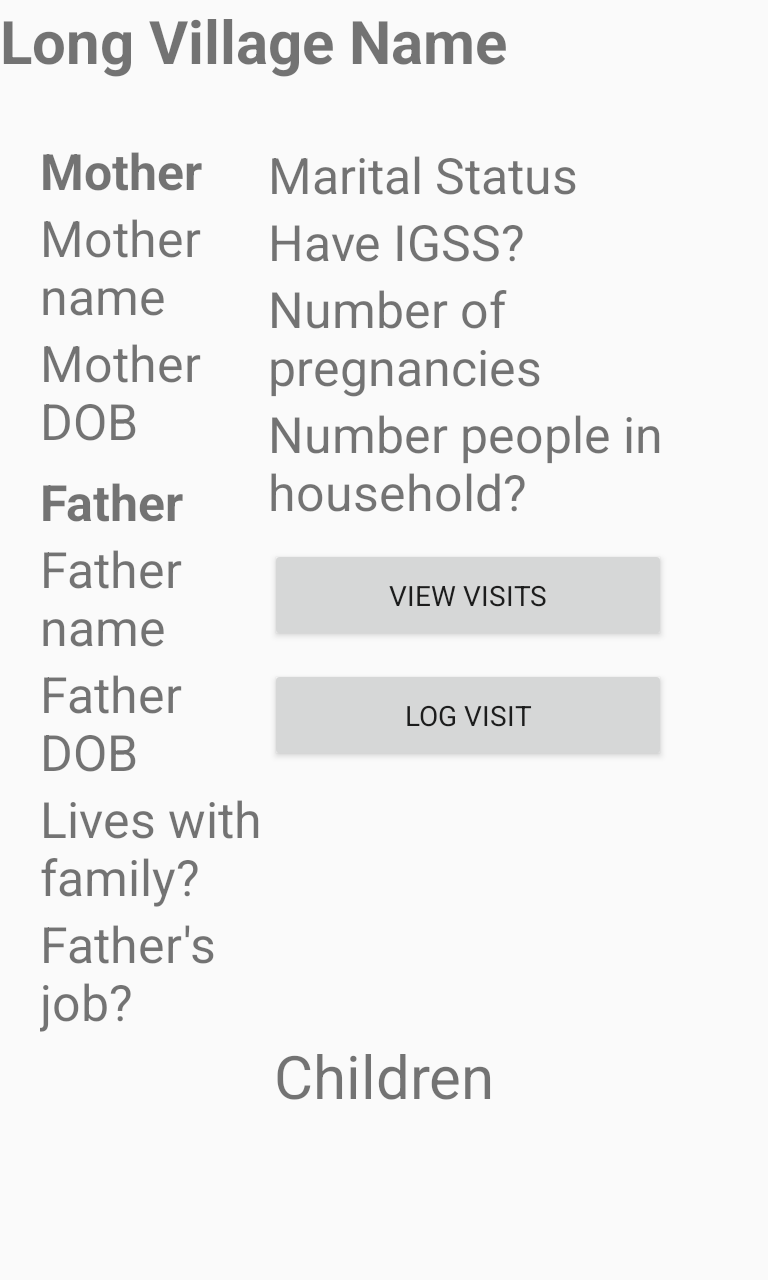
Repository: achavez812/GuatemalaProject2
Layout: GuateMedic-master/GuateMedic/res/layout/activity_view_family1.xml
These files come from the project's save history. The layout is drawn as it stood at one moment and after the next save; the edit follows.
It is drawn on a 768 x 1280 px phone screen (xhdpi) without system bars, with theme AppTheme; the app's code is not run.

Above is the layout before, as saved 2014-07-05 09:07:25.

### GuateMedic-master/GuateMedic/res/layout/activity_view_family1.xml
<?xml version="1.0" encoding="utf-8"?>
<LinearLayout xmlns:android="http://schemas.android.com/apk/res/android"
    android:layout_width="match_parent"
    android:layout_height="match_parent"
    android:orientation="vertical" >

 	<TextView
	    android:id="@+id/view_family_village_header"
		android:layout_width="wrap_content"
		android:layout_height="wrap_content"
		android:textStyle="bold"
		android:textSize="30sp"
		android:text="Long Village Name" />

    <LinearLayout
    	android:layout_width="match_parent"
    	android:layout_height="wrap_content"
    	android:orientation="horizontal">

        <LinearLayout
            android:layout_width="wrap_content"
            android:layout_height="wrap_content"
            android:layout_weight="1"
            android:paddingLeft="20dp"
            android:paddingTop="20dp"
            android:orientation="vertical">


            <TextView
                android:id="@+id/view_family_parent1_header"
				android:layout_width="wrap_content"
				android:layout_height="wrap_content"
				android:layout_marginTop="8dp"
				android:textStyle="bold"
				android:textSize="25sp"
				android:text="Mother" />

            <TextView
                android:id="@+id/view_family_parent1_name_field"
				android:layout_width="wrap_content"
				android:layout_height="wrap_content"
				android:textSize="25sp"
				android:text="Mother name" />

            <TextView
                android:id="@+id/view_family_parent1_dob_field"
				android:layout_width="wrap_content"
				android:layout_height="wrap_content"
				android:textSize="25sp"
				android:text="Mother DOB" />

            <TextView
                android:id="@+id/view_family_parent2_header"
				android:layout_width="wrap_content"
				android:layout_height="wrap_content"
				android:layout_marginTop="7dp"
				android:textStyle="bold"
				android:textSize="25sp"
				android:text="Father" />

            <TextView
                android:id="@+id/view_family_parent2_name_field"
				android:layout_width="wrap_content"
				android:layout_height="wrap_content"
				android:textSize="25sp"
				android:text="Father name" />

            <TextView
                android:id="@+id/view_family_parent2_dob_field"
				android:layout_width="wrap_content"
				android:layout_height="wrap_content"
				android:textSize="25sp"
				android:text="Father DOB" />

            <TextView
                android:id="@+id/view_family_parent2_lives_with_family_field"
				android:layout_width="wrap_content"
				android:layout_height="wrap_content"
				android:textSize="25sp"
				android:text="Lives with family?" />

            <TextView
                android:id="@+id/view_family_parent2_lives_with_family_field"
				android:layout_width="wrap_content"
				android:layout_height="wrap_content"
				android:textSize="25sp"
				android:text="Father's job?" />

        </LinearLayout>

        <LinearLayout
            android:layout_width="wrap_content"
            android:layout_height="wrap_content"
            android:layout_weight="1"
            android:paddingTop="30dp"
            android:orientation="vertical">

            <TextView
                android:id="@+id/view_family_marital_status"
				android:layout_width="wrap_content"
				android:layout_height="wrap_content"
				android:textSize="25sp"
				android:text="Marital Status" />

            <TextView
                android:id="@+id/view_family_has_igss"
				android:layout_width="wrap_content"
				android:layout_height="wrap_content"
				android:textSize="25sp"
				android:text="Have IGSS?" />

            <TextView
                android:id="@+id/view_family_num_pregnancies"
				android:layout_width="wrap_content"
				android:layout_height="wrap_content"
				android:textSize="25sp"
				android:text="Number of pregnancies" />

            <TextView
                android:id="@+id/view_family_num_people_in_household"
				android:layout_width="wrap_content"
				android:layout_height="wrap_content"
				android:textSize="25sp"
				android:text="Number people in household?" />



            <Button
                android:id="@+id/view_family_view_past_visits"
                android:layout_width="200dp"
                android:layout_height="50dp"
                android:layout_marginTop="10dp"
                android:gravity="center"
                android:text="View Visits" />

            <Button
                android:id="@+id/view_family_log_new_visit"
                android:layout_width="200dp"
                android:layout_height="50dp"
                android:layout_marginTop="10dp"
                android:gravity="center"
                android:text="Log Visit" />

        </LinearLayout>


    </LinearLayout>

    <TextView
        android:id="@+id/view_family_child_list_header"
        android:layout_width="match_parent"
        android:layout_height="wrap_content"
        android:gravity="center"
        android:textSize="30sp"
        android:text="Children" />

    <FrameLayout
	    android:id="@+id/child_list_container"
	    android:layout_width="match_parent"
	    android:layout_height="wrap_content" />


</LinearLayout>

### GuateMedic-master/GuateMedic/res/values/styles.xml
<resources xmlns:android="http://schemas.android.com/apk/res/android">

    <!--
        Base application theme, dependent on API level. This theme is replaced
        by AppBaseTheme from res/values-vXX/styles.xml on newer devices.
    -->

    <!-- Application theme. -->
    <style name="AppTheme" parent="@style/Theme.AppCompat.Light.DarkActionBar">
        <!-- All customizations that are NOT specific to a particular API-level can go here. -->
    	<item name="android:typeface">sans</item>
        <item name="actionBarStyle">@style/MyActionBar</item>
    	<item name="android:actionBarStyle">@style/MyActionBar</item>
    	<item name="android:actionOverflowButtonStyle">@style/OverFlow</item>
    	<item name="android:popupMenuStyle">@style/MyPopupMenu</item>
    	<item name="popupMenuStyle">@style/MyPopupMenu</item>
        <item name="android:panelBackground">#004d6b</item>
         <item name="android:itemTextAppearance">@style/myCustomMenuTextApearance</item>

    </style>
       <style name="myCustomMenuTextApearance" parent="@android:style/TextAppearance.Widget.IconMenu.Item">
        <item name="android:textColor">#FFFFFF</item>
        <item name="android:textSize">20sp</item>

    </style>
    <style name="MyActionBar" parent="@style/Widget.AppCompat.Light.ActionBar.Solid.Inverse">
        <item name="android:background">#004d6b</item>
        <item name="android:titleTextStyle">@style/TitleText</item>



    </style>

    <style name ="MyPopupMenu" parent="android:Theme.Holo.Light">
        <item name="android:popupBackground">#004d6b</item>
    </style>

    <style name="OverFlow" parent="@android:style/Widget.Holo.ActionButton.Overflow">
    	<item name="android:src">@drawable/ic_action_overflow</item>
	</style>
    <style name="TitleText">
        <item name="android:textColor">#FFFFFF</item>
        <item name="android:typeface">sans</item>
        <item name="android:textSize">30sp</item>

    </style>
	<!--
	<style name="HomePage" parent="AppTheme">
	<item name="android:background"> @drawable/guatemala_home_bg </item>
	</style>
	    -->





</resources>

After the next save:
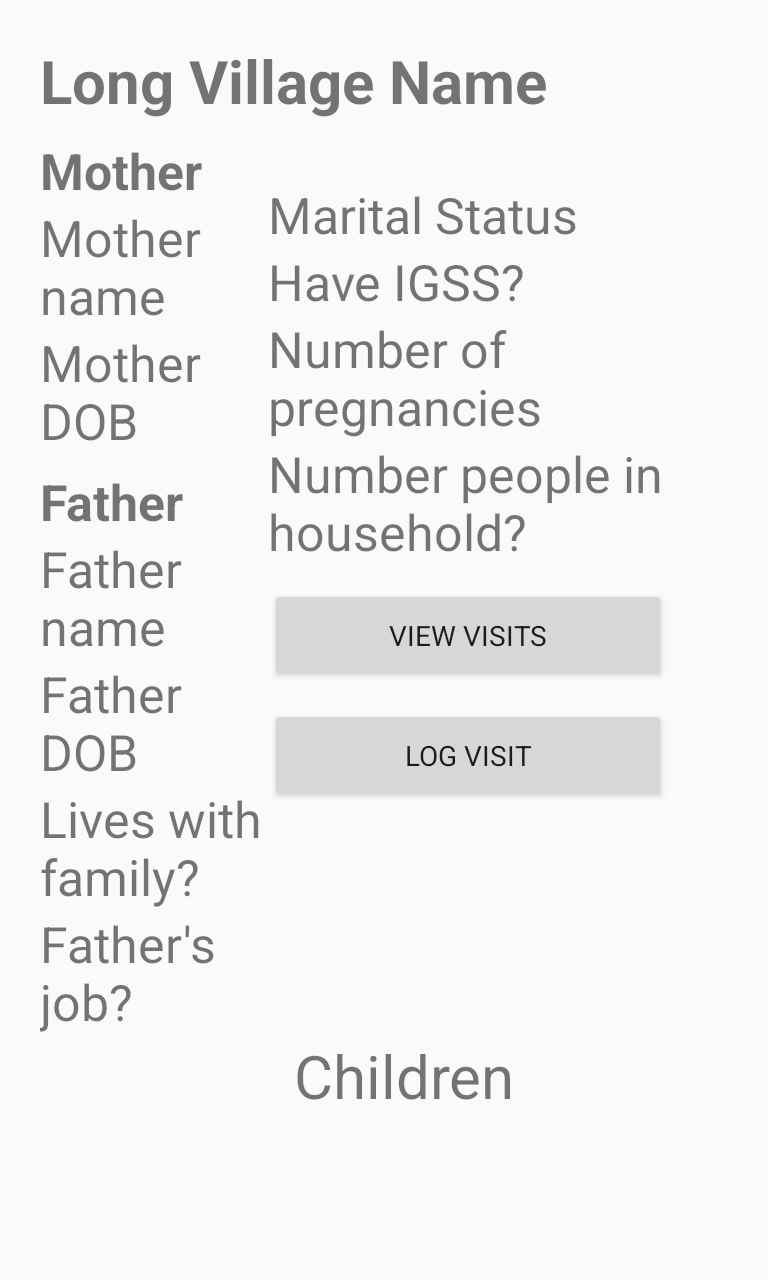
Saved 52 s later.
--- a/GuateMedic-master/GuateMedic/res/layout/activity_view_family1.xml
+++ b/GuateMedic-master/GuateMedic/res/layout/activity_view_family1.xml
@@ -2,6 +2,8 @@
 <LinearLayout xmlns:android="http://schemas.android.com/apk/res/android"
     android:layout_width="match_parent"
     android:layout_height="match_parent"
+                android:paddingLeft="20dp"
+            android:paddingTop="20dp"
     android:orientation="vertical" >
 
  	<TextView
@@ -21,8 +23,6 @@
             android:layout_width="wrap_content"
             android:layout_height="wrap_content"
             android:layout_weight="1"
-            android:paddingLeft="20dp"
-            android:paddingTop="20dp"
             android:orientation="vertical">
 
 
